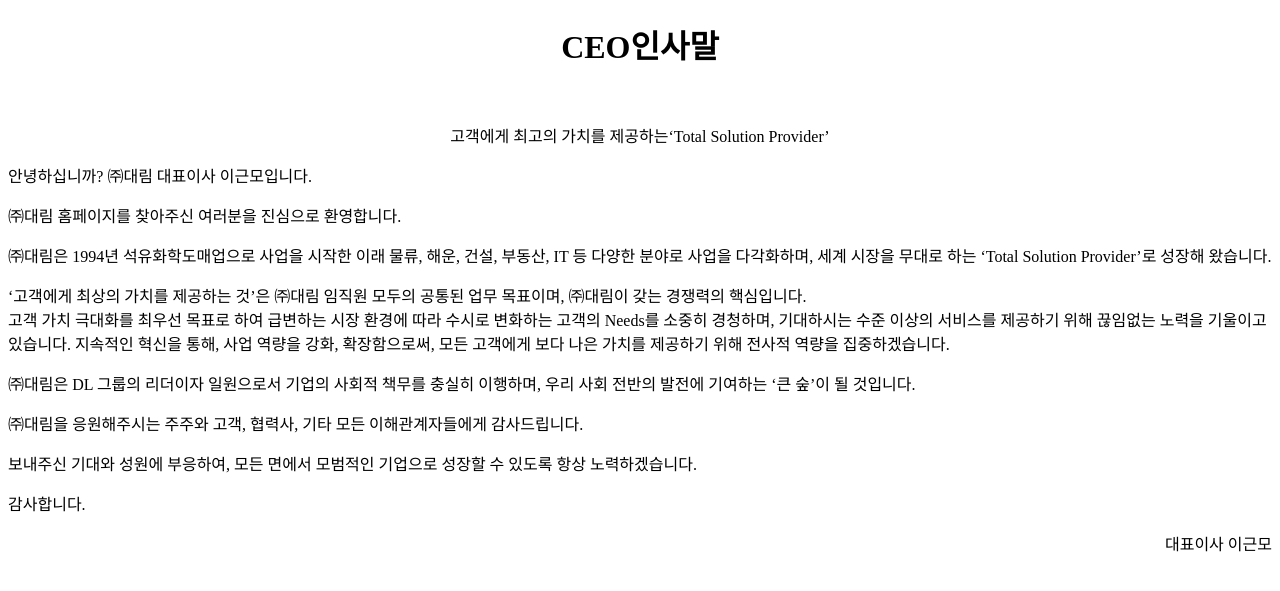
Repository: Hswwwww/WEB
Page: ClientTest/src/main/webapp/html/Q002.html
These files come from the project's save history. The page is drawn as it stood at one moment and after the next save; the edit follows.
The browser window is 1280 px wide. The pictures show the whole page.

Above is the page before, as saved 2024-03-13 02:11:29.

After the next save:
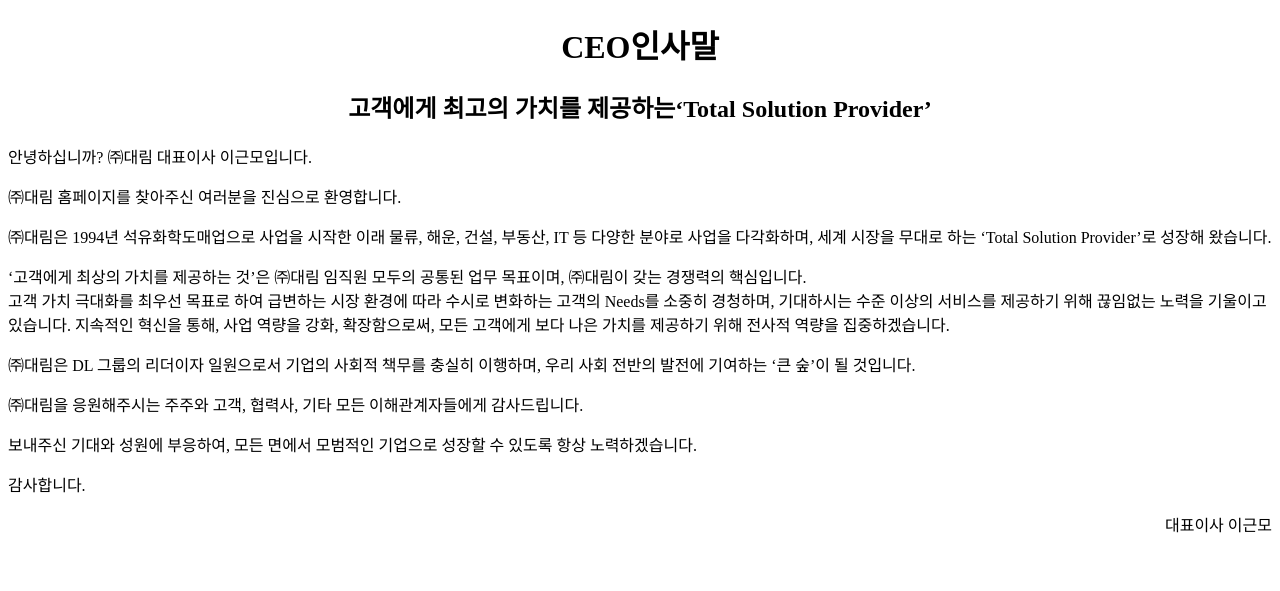
Saved 27 s later.
--- a/ClientTest/src/main/webapp/html/Q002.html
+++ b/ClientTest/src/main/webapp/html/Q002.html
@@ -5,8 +5,8 @@
 <title>Insert title here</title>
 </head>
 <body>
-	<h1 align = "center">CEO인사말</h1><br>
-	<p font = ""align = "center" >고객에게 최고의 가치를 제공하는‘Total Solution Provider’</p>
+	<h1 align = "center">CEO인사말</h1>
+	<h2 align = "center" >고객에게 최고의 가치를 제공하는‘Total Solution Provider’</h2>
 
 	<p align = "left">
 	안녕하십니까? ㈜대림 대표이사 이근모입니다.<br></p>
